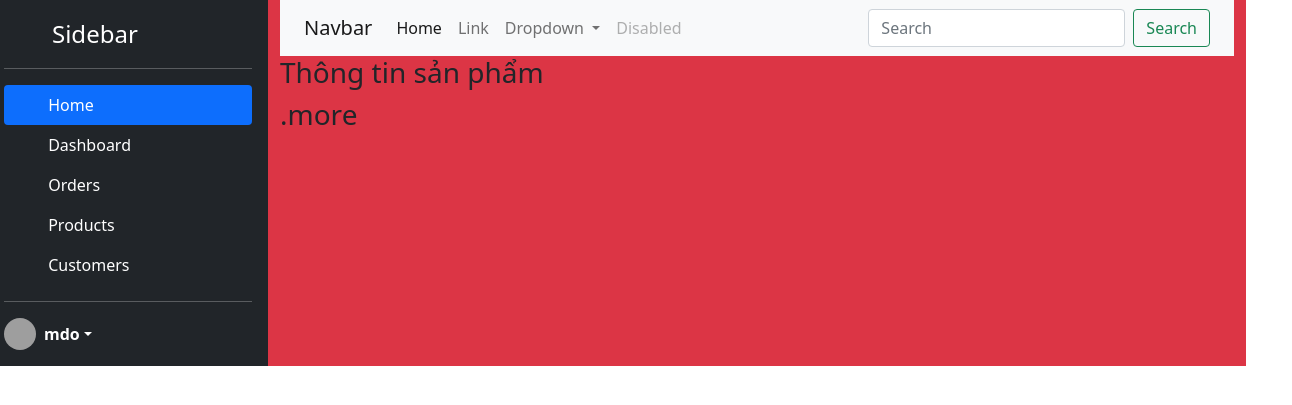
Repository: Lehuyhuynh/BT12-BOOTSTRAP
Page: index.html
These files come from the project's save history. The page is drawn as it stood at one moment and after the next save; the edit follows.
The browser window is 1280 px wide. The page is 1292 px wide, so the pictures cover 1292 px, including what lies to the right of the window. The pictures show the whole page.
Pictures or frames that could not be fetched are drawn as grey boxes.

Above is the page before, as saved 2023-08-19 22:07:18.

### index.html
<!DOCTYPE html>
<html lang="en">
<head>
  <link href="https://cdn.jsdelivr.net/npm/bootstrap@5.1.3/dist/css/bootstrap.min.css" rel="stylesheet" integrity="sha384-1BmE4kWBq78iYhFldvKuhfTAU6auU8tT94WrHftjDbrCEXSU1oBoqyl2QvZ6jIW3" crossorigin="anonymous">
  <meta charset="UTF-8">
  <meta name="viewport" content="width=device-width, initial-scale=1.0">
  <title>BT2</title>
</head>
<body>
  <div class="row">
    <div class=" col-3 d-flex flex-column flex-shrink-0 p-3 text-white bg-dark rounded-lg" style="width: 280px;">
      <a href="/" class="d-flex align-items-center mb-3 mb-md-0 me-md-auto text-white text-decoration-none">
        <svg class="bi me-2" width="40" height="32"><use xlink:href="#bootstrap"></use></svg>
        <span class="fs-4">Sidebar</span>
      </a>
      <hr>
      <ul class="nav nav-pills flex-column mb-auto">
        <li class="nav-item">
          <a href="#" class="nav-link active" aria-current="page">
            <svg class="bi me-2" width="16" height="16"><use xlink:href="#home"></use></svg>
            Home
          </a>
        </li>
        <li>
          <a href="#" class="nav-link text-white">
            <svg class="bi me-2" width="16" height="16"><use xlink:href="#speedometer2"></use></svg>
            Dashboard
          </a>
        </li>
        <li>
          <a href="#" class="nav-link text-white">
            <svg class="bi me-2" width="16" height="16"><use xlink:href="#table"></use></svg>
            Orders
          </a>
        </li>
        <li>
          <a href="#" class="nav-link text-white">
            <svg class="bi me-2" width="16" height="16"><use xlink:href="#grid"></use></svg>
            Products
          </a>
        </li>
        <li>
          <a href="#" class="nav-link text-white">
            <svg class="bi me-2" width="16" height="16"><use xlink:href="#people-circle"></use></svg>
            Customers
          </a>
        </li>
      </ul>
      <hr>
      <div class="dropdown">
        <a href="#" class="d-flex align-items-center text-white text-decoration-none dropdown-toggle" id="dropdownUser1" data-bs-toggle="dropdown" aria-expanded="false">
          <img src="https://github.com/mdo.png" alt="" width="32" height="32" class="rounded-circle me-2">
          <strong>mdo</strong>
        </a>
        <ul class="dropdown-menu dropdown-menu-dark text-small shadow" aria-labelledby="dropdownUser1" style="">
          <li><a class="dropdown-item" href="#">New project...</a></li>
          <li><a class="dropdown-item" href="#">Settings</a></li>
          <li><a class="dropdown-item" href="#">Profile</a></li>
          <li><hr class="dropdown-divider"></li>
          <li><a class="dropdown-item" href="#">Sign out</a></li>
        </ul>
      </div>
    </div>
    <div class="main-content bg-danger col-9" >
      <nav class="navbar navbar-expand-lg navbar-light bg-light">
        <div class="container-fluid">
          <a class="navbar-brand" href="#">Navbar</a>
          <button class="navbar-toggler" type="button" data-bs-toggle="collapse" data-bs-target="#navbarSupportedContent" aria-controls="navbarSupportedContent" aria-expanded="false" aria-label="Toggle navigation">
            <span class="navbar-toggler-icon"></span>
          </button>
          <div class="collapse navbar-collapse" id="navbarSupportedContent">
            <ul class="navbar-nav me-auto mb-2 mb-lg-0">
              <li class="nav-item">
                <a class="nav-link active" aria-current="page" href="#">Home</a>
              </li>
              <li class="nav-item">
                <a class="nav-link" href="#">Link</a>
              </li>
              <li class="nav-item dropdown">
                <a class="nav-link dropdown-toggle" href="#" id="navbarDropdown" role="button" data-bs-toggle="dropdown" aria-expanded="false">
                  Dropdown
                </a>
                <ul class="dropdown-menu" aria-labelledby="navbarDropdown">
                  <li><a class="dropdown-item" href="#">Action</a></li>
                  <li><a class="dropdown-item" href="#">Another action</a></li>
                  <li><hr class="dropdown-divider"></li>
                  <li><a class="dropdown-item" href="#">Something else here</a></li>
                </ul>
              </li>
              <li class="nav-item">
                <a class="nav-link disabled" href="#" tabindex="-1" aria-disabled="true">Disabled</a>
              </li>
            </ul>
            <form class="d-flex">
              <input class="form-control me-2" type="search" placeholder="Search" aria-label="Search">
              <button class="btn btn-outline-success" type="submit">Search</button>
            </form>
          </div>
        </div>
      </nav>
      <div class="row">

        <h3>Thông tin sản phẩm<h3>

          .more






      </div>
    </div>


  </div>

  <script src="https://cdn.jsdelivr.net/npm/bootstrap@5.1.3/dist/js/bootstrap.bundle.min.js" integrity="sha384-ka7Sk0Gln4gmtz2MlQnikT1wXgYsOg+OMhuP+IlRH9sENBO0LRn5q+8nbTov4+1p" crossorigin="anonymous"></script>
</body>
</html>

After the next save:
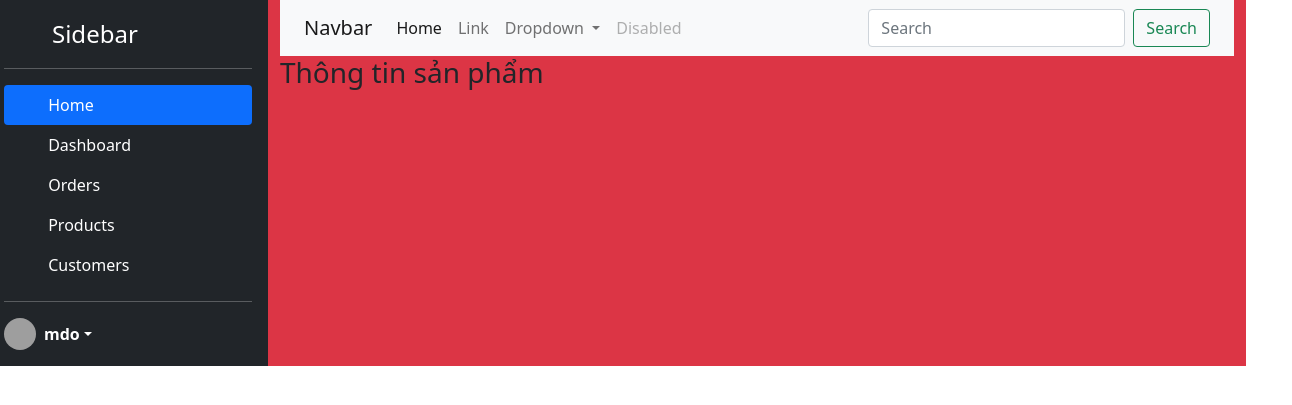
Saved 8 s later.
--- a/index.html
+++ b/index.html
@@ -102,7 +102,7 @@
 
         <h3>Thông tin sản phẩm<h3>
 
-          .more
+          <div class="more"></div>
 
 
 
